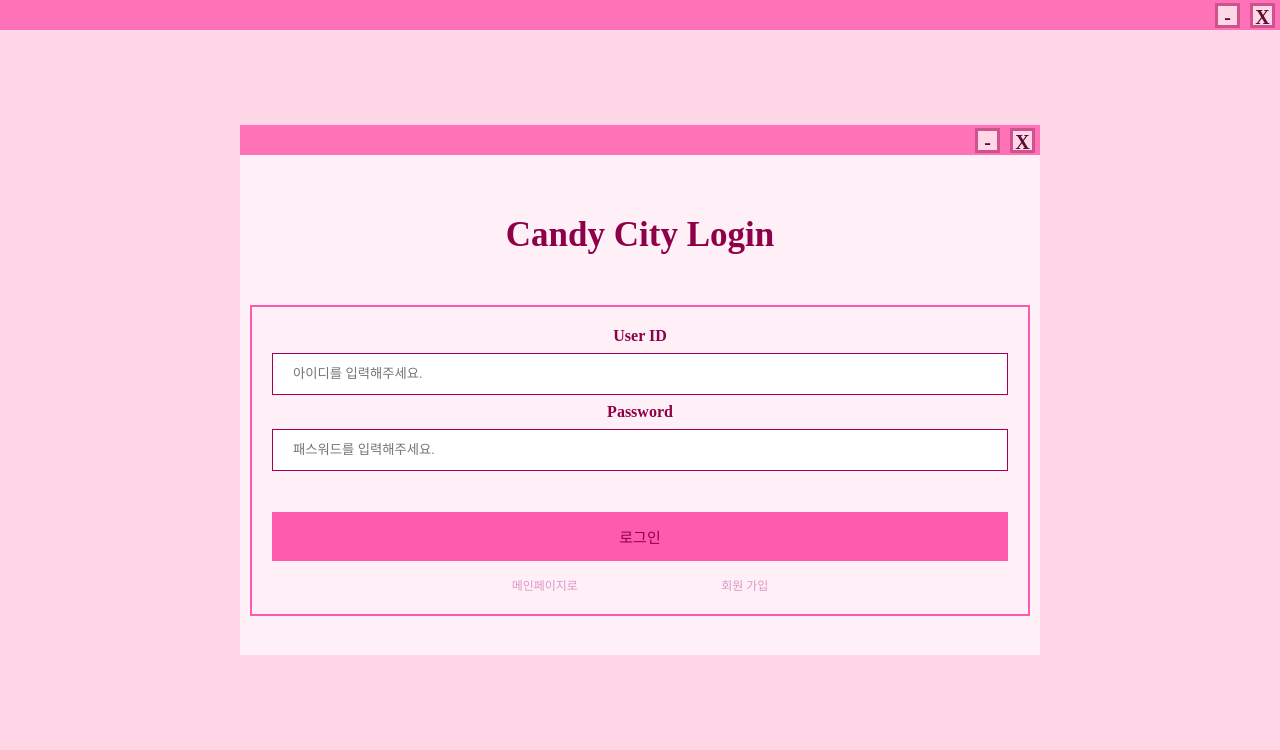
Repository: chanbiM/candyCityProject
Page: http://localhost/CandyCityProj/member/login.jsp
An editor plug-in stored every save of this project. The page is shown before and after the next save, followed by the edit.
The browser window is 1280 px wide. The pictures show the whole page.
Some web fonts or font styles are not loaded; a fallback is used. The page is served by Tomcat 9.

Above is the page before, as saved 2022-11-12 05:01:44.

After the next save:
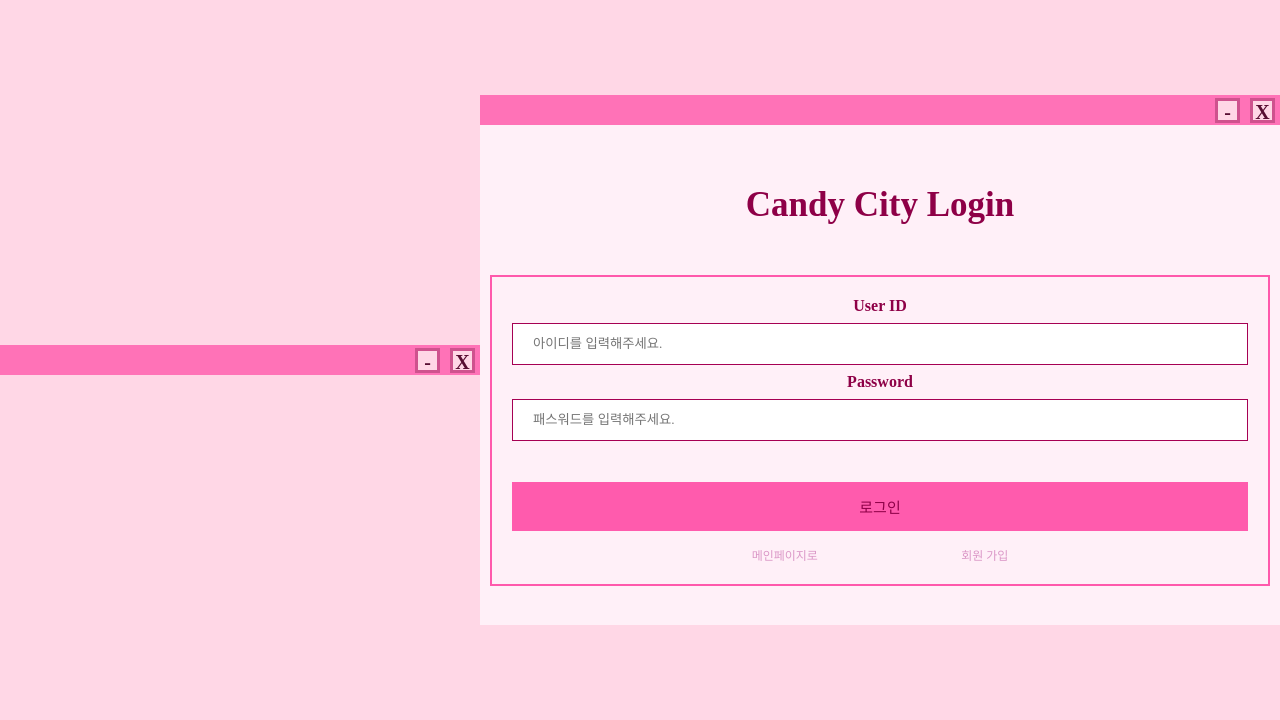
Saved 67 s later.
--- a/CandyCityProj/WebContent/member/login.jsp
+++ b/CandyCityProj/WebContent/member/login.jsp
@@ -10,11 +10,12 @@
 <link rel="stylesheet" href="/css/loginStyle.css">
 </head>
 <body>
-	<div class="window">
+
+	<div class="wrapper">
+		<div class="window">
 		<button class="widow_btn" id="-_btn">-</button>
 		<button class="widow_btn" id="x_btn">X</button>
 	</div>
-	<div class="wrapper">
 
 		<div class="login">
 			<div class="window">
